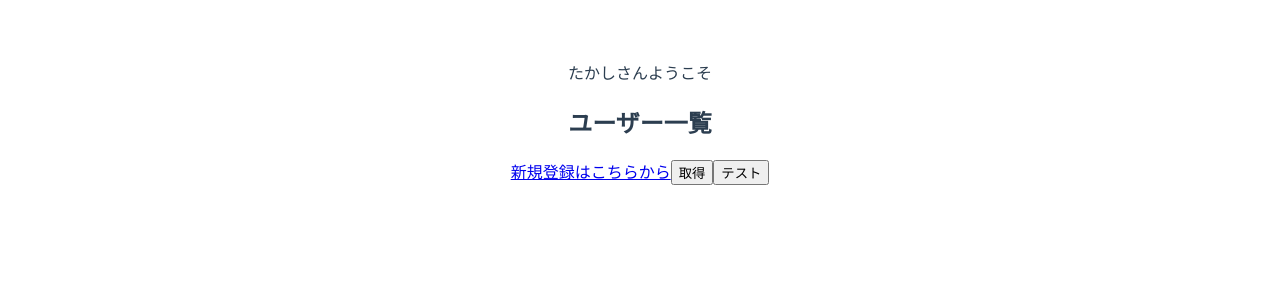
Repository: daisukey623/authentication
Page: /
These files come from the project's save history. The page is drawn as it stood at one moment and after the next save; the edit follows.
The browser window is 1280 px wide. The pictures show the whole page.
The project was rebuilt for these pictures with package versions that can differ from the ones it lists, and the page was loaded fresh each time. Also part of the build but not shown: src/views/Login.vue, src/views/Register.vue.

Above is the page before, as saved 2021-05-23 13:29:44.

After the next save:
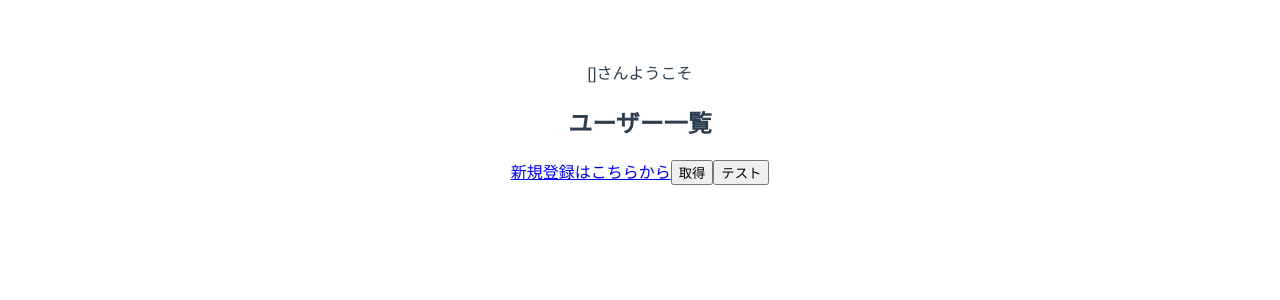
Saved 116 s later.
--- a/src/views/Dashboard.vue
+++ b/src/views/Dashboard.vue
@@ -15,7 +15,7 @@ import { db } from '../main'; // ここを追加
 export default {
   data() {
     return {
-      userName: 'たかし',
+      userName: [],
       coin: {},
       test: 1000,
     };
